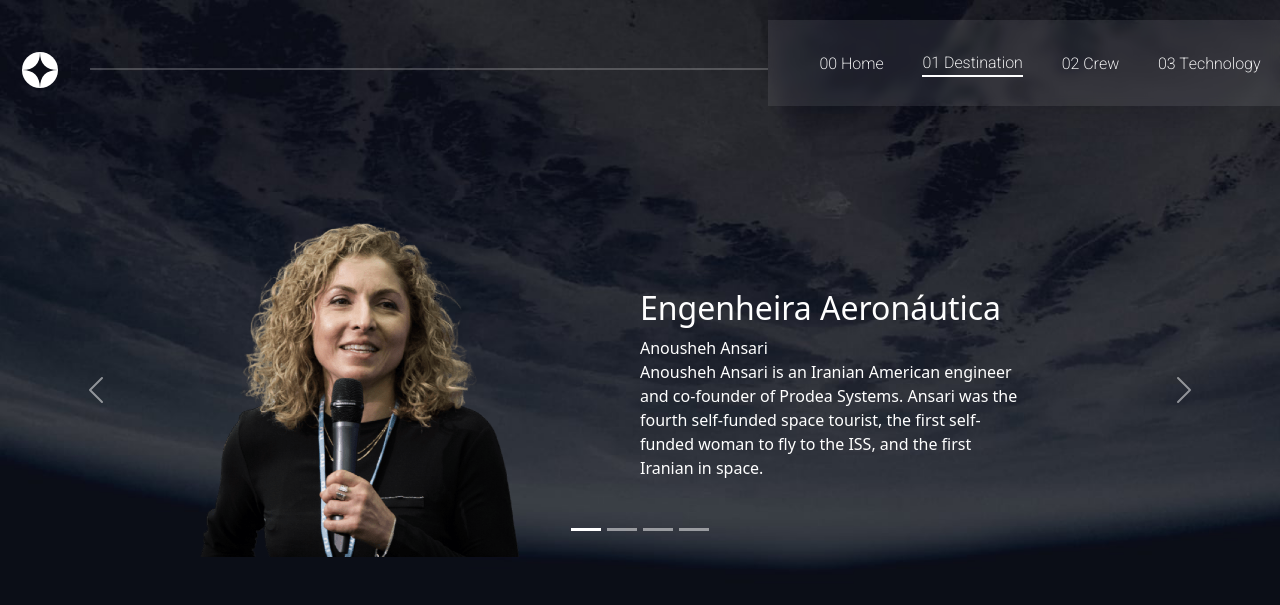
Repository: Leonngc/space-site
Page: crew-commander.html
The author's editor kept a copy of each file at every save. The page is drawn from the files as they stood at one save, then again after the next save.
The browser window is 1280 px wide. The pictures show the whole page.

Above is the page before, as saved 2023-05-01 16:07:45.

After the next save:
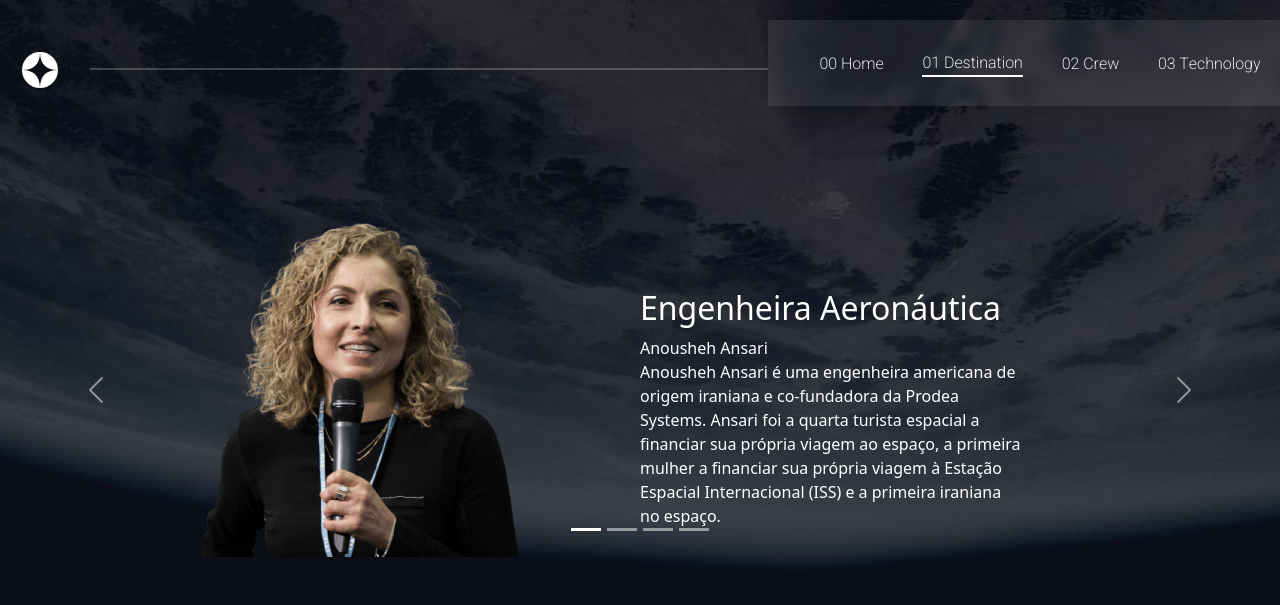
Saved 40 s later.
--- a/crew-commander.html
+++ b/crew-commander.html
@@ -46,9 +46,7 @@
           Anousheh Ansari
 
           <p>
-            Anousheh Ansari is an Iranian American engineer and co-founder of Prodea Systems.
-            Ansari was the fourth self-funded space tourist, the first self-funded woman to
-            fly to the ISS, and the first Iranian in space.
+            Anousheh Ansari é uma engenheira americana de origem iraniana e co-fundadora da Prodea Systems. Ansari foi a quarta turista espacial a financiar sua própria viagem ao espaço, a primeira mulher a financiar sua própria viagem à Estação Espacial Internacional (ISS) e a primeira iraniana no espaço.
           </p>
         </div>
       </div>
